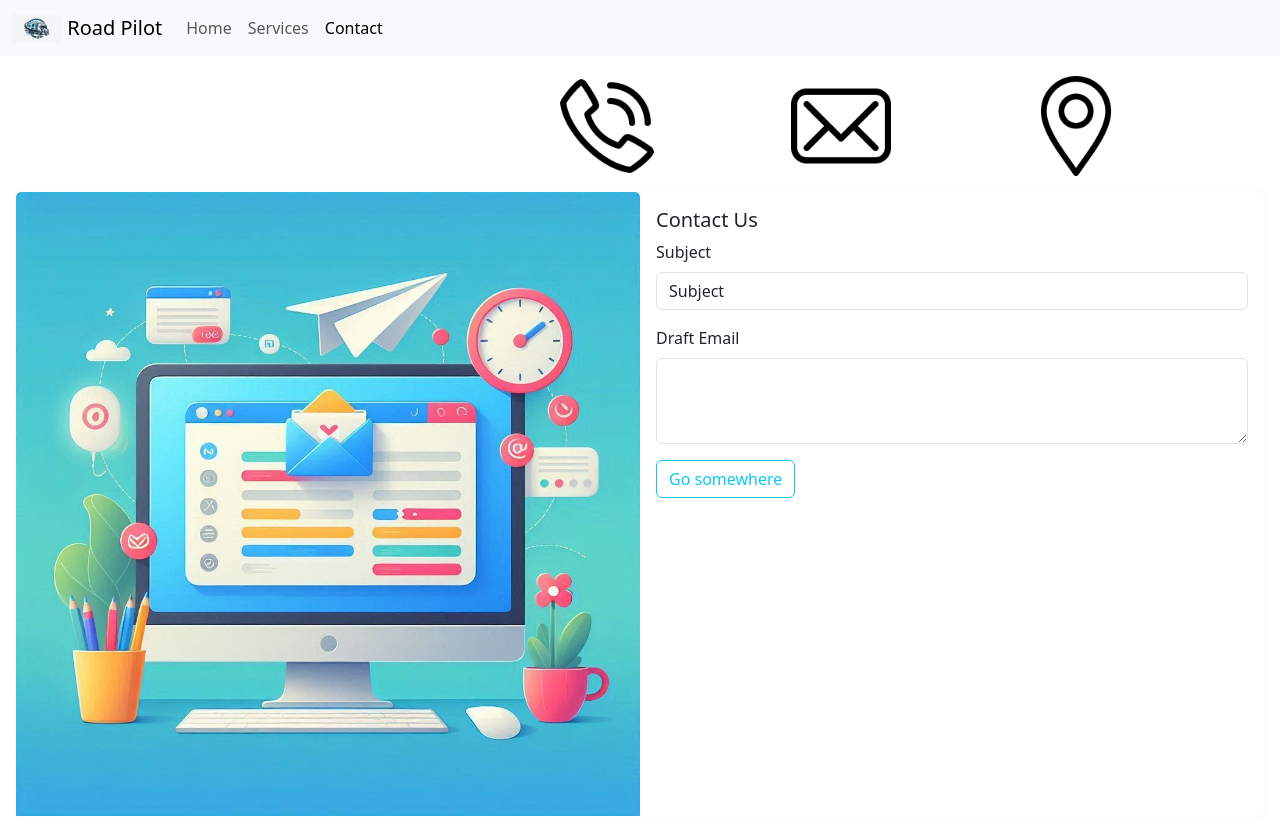
Repository: VictoriousMango/WebCreator
Page: pages/contact.html
The author's editor kept a copy of each file at every save. The page is drawn from the files as they stood at one save, then again after a run of saves.
The browser window is 1280 px wide. The pictures show the whole page.

Above is the page before, as saved 2024-11-09 13:15:44.

### pages/contact.html
<!DOCTYPE html>
<html lang="en">

<head>
    <meta charset="UTF-8">
    <meta name="viewport" content="width=device-width, initial-scale=1.0">
    <title>Web Creator</title>
    <link href="https://cdn.jsdelivr.net/npm/bootstrap@5.3.3/dist/css/bootstrap.min.css" rel="stylesheet"
        integrity="sha384-QWTKZyjpPEjISv5WaRU9OFeRpok6YctnYmDr5pNlyT2bRjXh0JMhjY6hW+ALEwIH" crossorigin="anonymous">
    <link rel="stylesheet" href="../assets/css/contact.css">
</head>

<body>
    <!-- Navbar -->
    <nav class="navbar navbar-expand-lg bg-body-tertiary">
        <div class="container-fluid">
            <a class="navbar-brand" href="#">
                <img src="../assets/images/Logo.png" alt="Logo" width="50px" class="d-inline-block align-text-top">
                Road Pilot
            </a>
            <button class="navbar-toggler" type="button" data-bs-toggle="collapse" data-bs-target="#navbarNav"
                aria-controls="navbarNav" aria-expanded="false" aria-label="Toggle navigation">
                <span class="navbar-toggler-icon"></span>
            </button>
            <div class="collapse navbar-collapse" id="navbarNav">
                <ul class="navbar-nav">
                    <li class="nav-item">
                        <a class="nav-link" href="../">Home</a>
                    </li>
                    <li class="nav-item">
                        <a class="nav-link" href="./services.html">Services</a>
                    </li>
                    <li class="nav-item">
                        <a class="nav-link active" aria-current="page" href="#">Contact</a>
                    </li>
                </ul>
            </div>
        </div>
    </nav>
    <!-- NavBar -->

    <!-- Contact -->
    <div class="contact">
        <!-- div for icons -->
        <div class="contact__links">
            <!-- phone number -->
             <div class="contact__link">

             </div>
             <div class="contact__link">

             </div>
             <div class="contact__link">

             </div>
            <img class="contact__linksIMG" src="../assets/images/contact__phone.png" alt="">
            <img class="contact__linksIMG" src="../assets/images/contact__email.png" alt="">
            <img class="contact__linksIMG" src="../assets/images/contact__location.png" alt="">
        </div>
        <!-- Dic for Sending Mails -->
        <div class="card border-light">
            <img src="../assets/images/contact__mailUs.png" class="card-img-top" alt="...">
            <div class="card-body">
                <h5 class="card-title">Contact Us</h5>
                <div class="mb-3">
                    <label for="subject" class="form-label">Subject</label>
                    <input type="text" class="form-control" id="subject" value="Subject">
                </div>
                <div class="mb-3">
                    <label for="emailContent" class="form-label">Draft Email</label>
                    <textarea class="form-control" id="emailContent" rows="3" value="Hi company!"></textarea>
                </div>
                <button id="sendEmailBtn" class="btn btn-outline-info" onclick="sendEmail()">Go somewhere</button>
            </div>
        </div>
    </div>
    <!-- Contact -->
    <!-- Scripts -->
    <script src="https://cdn.jsdelivr.net/npm/bootstrap@5.3.3/dist/js/bootstrap.bundle.min.js"
        integrity="sha384-YvpcrYf0tY3lHB60NNkmXc5s9fDVZLESaAA55NDzOxhy9GkcIdslK1eN7N6jIeHz"
        crossorigin="anonymous"></script>
    <script src="https://cdn.jsdelivr.net/npm/@popperjs/core@2.11.8/dist/umd/popper.min.js"
        integrity="sha384-I7E8VVD/ismYTF4hNIPjVp/Zjvgyol6VFvRkX/vR+Vc4jQkC+hVqc2pM8ODewa9r"
        crossorigin="anonymous"></script>
    <script src="https://cdn.jsdelivr.net/npm/bootstrap@5.3.3/dist/js/bootstrap.min.js"
        integrity="sha384-0pUGZvbkm6XF6gxjEnlmuGrJXVbNuzT9qBBavbLwCsOGabYfZo0T0to5eqruptLy"
        crossorigin="anonymous"></script>
    <script>
        function sendEmail() {
            const subject = document.getElementById('subject').value;
            const body = document.getElementById('emailContent').value;
            const screenWidth = window.innerWidth;

            if (screenWidth > 600) {
                // Open Gmail with pre-filled subject and body
                const gmailUrl = `https://mail.google.com/mail/?view=cm&fs=1&to=additya.akash.mishra@gmail.com&su=${encodeURIComponent(subject)}&body=${encodeURIComponent(body)}`;
                window.open(gmailUrl, '_blank');
            } else {
                // Open default mail app
                const mailtoUrl = `mailto:additya.akash.mishra@gmail.com?subject=${encodeURIComponent(subject)}&body=${encodeURIComponent(body)}`;
                window.location.href = mailtoUrl;
            }
        }
    </script>

</body>

</html>

### assets/css/contact.css
.contact {
    padding: 10px;
}

.contact__links {
    display: flex;
    justify-content: space-evenly;
    padding: 10px;
}

.contact__linksIMG {
    width: 100px;
}

.card {
    /* padding: 5px; */
    margin: 5px;
    display: flex;
    flex-direction: row;
    flex-wrap: wrap;
    justify-content: flex-start;
}
.card-img-top{
    width: 50%;
}
.card-body {
    width: 50%;
}

@media (max-width: 600px) {
    .card {
        flex-direction: column;
    }
    .card-img-top{
        width: 100%;
    }
    .card-body {
        width: 100%;
    }
}

After the next 4 saves:
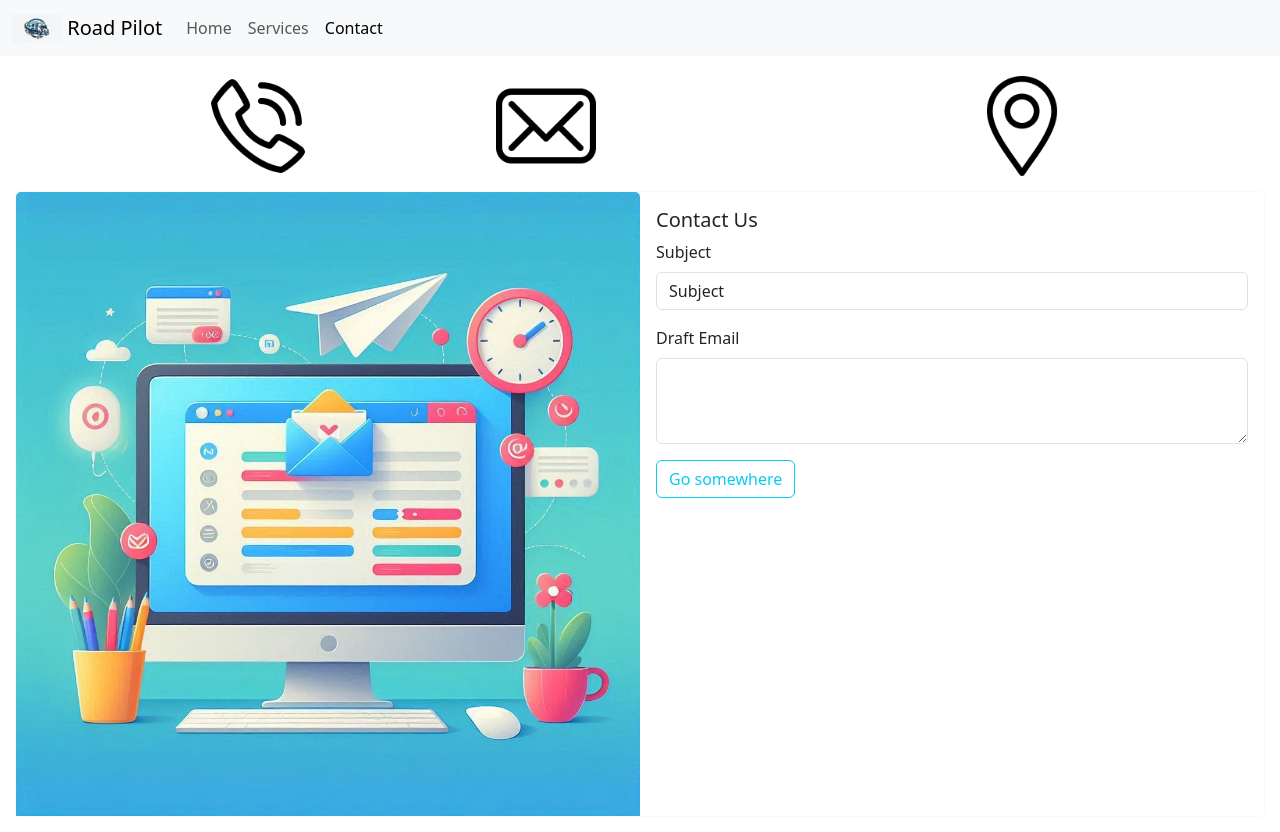
The 4 saves are shown as one change because they came seconds apart.
The last was saved 13 s later.
--- a/pages/contact.html
+++ b/pages/contact.html
@@ -45,16 +45,16 @@
         <div class="contact__links">
             <!-- phone number -->
              <div class="contact__link">
-
+                <img class="contact__linksIMG" src="../assets/images/contact__phone.png" alt="">
+             </div>
+             <div class="contact__link">
+                <img class="contact__linksIMG" src="../assets/images/contact__email.png" alt="">
              </div>
              <div class="contact__link">
 
              </div>
-             <div class="contact__link">
 
-             </div>
-            <img class="contact__linksIMG" src="../assets/images/contact__phone.png" alt="">
-            <img class="contact__linksIMG" src="../assets/images/contact__email.png" alt="">
+
             <img class="contact__linksIMG" src="../assets/images/contact__location.png" alt="">
         </div>
         <!-- Dic for Sending Mails -->
